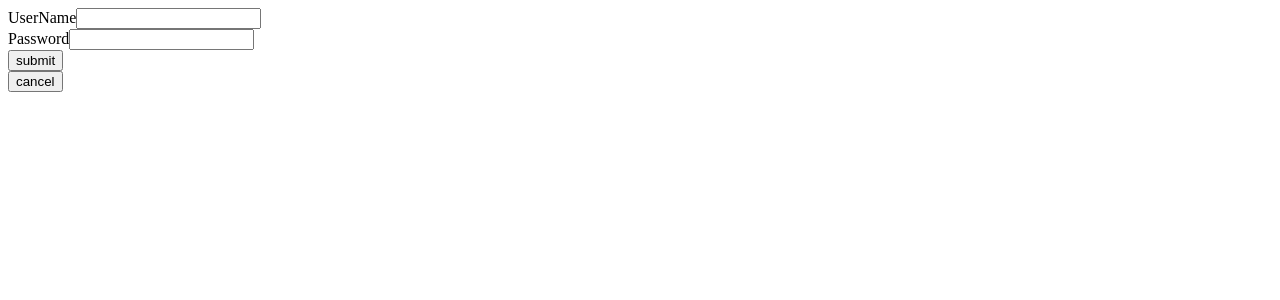
Repository: suma94/MyProjects
Page: http://localhost/Test3/Login.jsp
These files come from the project's save history. The page is drawn as it stood at one moment and after the next save; the edit follows.
The browser window is 1280 px wide. The pictures show the whole page.
The page is served by Tomcat 9. Other server files are loaded and not shown.

Above is the page before, as saved 2015-08-24 05:25:10.

### Test3/WebContent/Login.jsp
<%@ page language="java" contentType="text/html; charset=ISO-8859-1"
    pageEncoding="ISO-8859-1"%>
<!DOCTYPE html PUBLIC "-//W3C//DTD HTML 4.01 Transitional//EN" "http://www.w3.org/TR/html4/loose.dtd">
<html>
<head>
<meta http-equiv="Content-Type" content="text/html; charset=ISO-8859-1">
<title>Insert title here</title>
</head>
<body>
<form action="">
	UserName<input type="text" name="username" ></br>
	Password<input type="password" name="password"></br>
	<input type="button" value="submit" name="submit"></br>
	<input type="button" value="cancel" name="cancel">
</form>
</body>
</html>

After the next save:
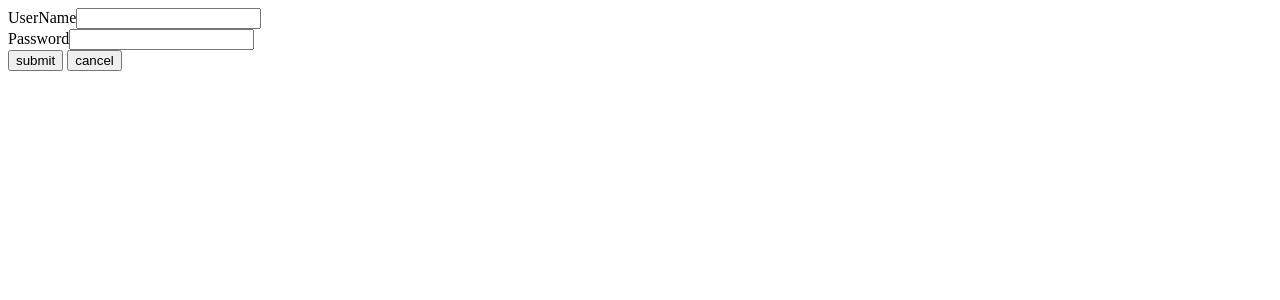
Saved 20 s later.
--- a/Test3/WebContent/Login.jsp
+++ b/Test3/WebContent/Login.jsp
@@ -10,7 +10,7 @@
 <form action="">
 	UserName<input type="text" name="username" ></br>
 	Password<input type="password" name="password"></br>
-	<input type="button" value="submit" name="submit"></br>
+	<input type="button" value="submit" name="submit">
 	<input type="button" value="cancel" name="cancel">
 </form>
 </body>
